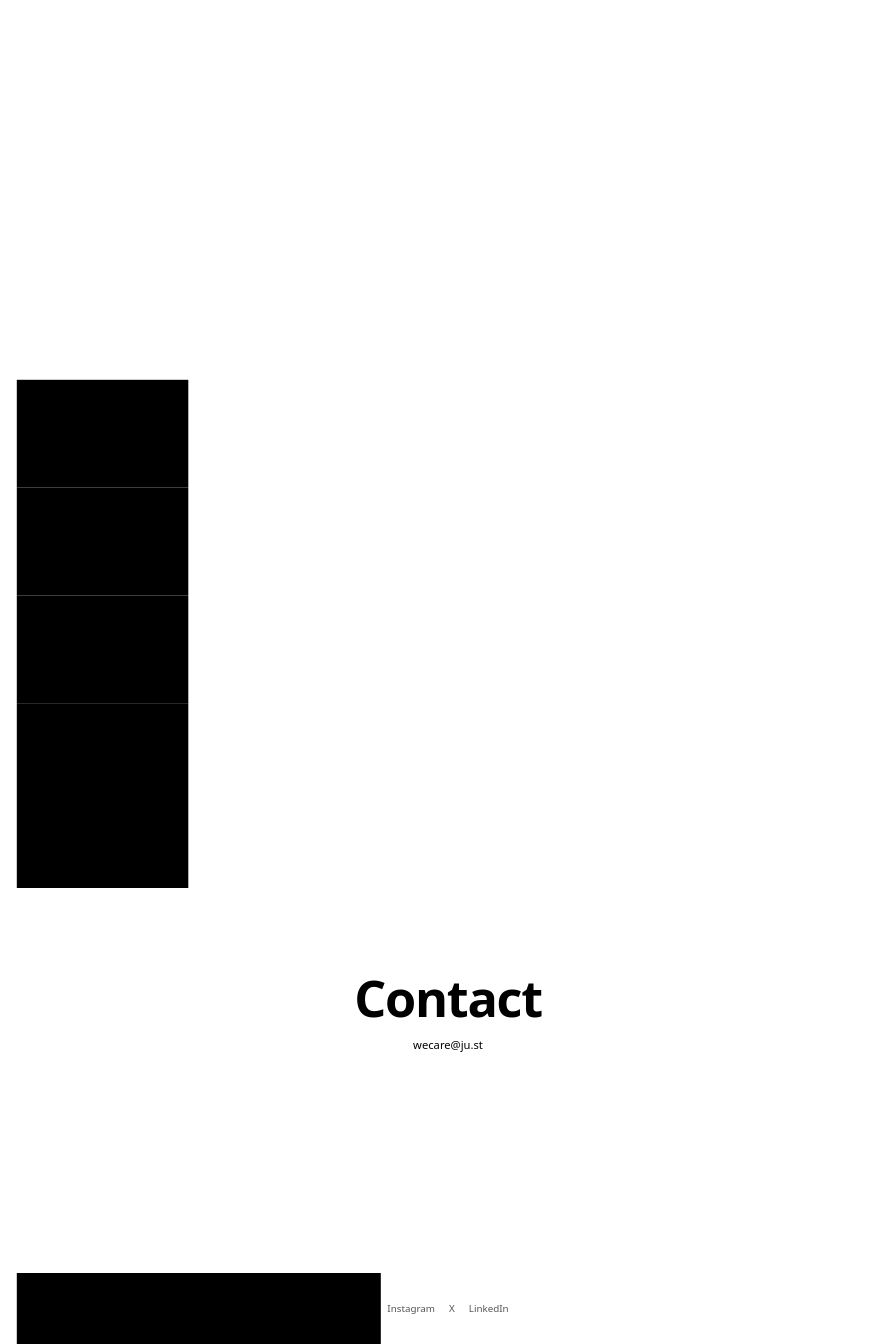
Repository: luiswoldu/personal
Page: /
An editor plug-in stored every save of this project. The page is shown before and after the next save, followed by the edit.
The browser window is 1280 px wide. The pictures show the part of the page from y = 921 to 2841 px (the page is 2841 px tall), at 70% of full size.
An inner scrolling area shows only its first screen. The project was rebuilt for these pictures with package versions that can differ from the ones it lists, and the page was loaded fresh each time. Also part of the build but not shown: vite.config.js.

Above is the page before, as saved 2025-01-08 21:37:15.

### index.html
<!doctype html>
<html lang="en">
  <head>
    <meta charset="UTF-8" />
    <link rel="icon" type="image/svg+xml" href="/vite.svg" />
    <meta name="viewport" content="width=device-width, initial-scale=1.0" />
    <link rel="preconnect" href="https://fonts.googleapis.com">
    <link rel="preconnect" href="https://fonts.gstatic.com" crossorigin>
    <link href="https://fonts.googleapis.com/css2?family=Montserrat:wght@400;700&display=swap" rel="stylesheet">
    <title>Vite + React</title>
  </head>
  <body>
    <div id="root"></div>
    <script type="module" src="/src/main.jsx"></script>
  </body>
</html>

### src/index.css
@tailwind base;
@tailwind components;
@tailwind utilities;

/* Reset all containers */
html, body, #root, #app {
  margin: 0;
  padding: 0;
  width: 100%;
  overflow-x: hidden;
}

.gallery-grid {
  width: fit-content;
  height: 750px;
  position: relative;
  margin: 0;
  padding: 24px;
  background-color: #ffffff;
}

.gallery-item {
  background-color: #000000;
  color: white;
  opacity: 0; /* Initially hidden */
  transform: translateY(20px); /* Initial position for animation */
  animation: fadeInUp 0.8s ease-out forwards; /* Apply animation */
}

/* Define keyframes for the fade-in-up animation */
@keyframes fadeInUp {
  0% {
    opacity: 0;
    transform: translateY(20px);
  }
  100% {
    opacity: 1;
    transform: translateY(0);
  }
}

/* Apply staggered animation delays for each tile */
.gallery-item:nth-child(1) {
  animation-delay: 0s;
}

.gallery-item:nth-child(2) {
  animation-delay: 0.1s;
}

.gallery-item:nth-child(3) {
  animation-delay: 0.2s;
}

.gallery-item:nth-child(4) {
  animation-delay: 0.3s;
}

.gallery-item:nth-child(5) {
  animation-delay: 0.4s;
}

.gallery-item:nth-child(6) {
  animation-delay: 0.5s;
}

.gallery-item:nth-child(7) {
  animation-delay: 0.6s;
}

.gallery-item:nth-child(8) {
  animation-delay: 0.7s;
}

/* Tile sizes */
.small-tile {
  width: 245px;
  height: 154px;
}

.large-tile {
  width: 520px;
  height: 325px;
}

/* Grid placement for specific items */
.small1 { left: 46px; top: 24px; }
.small2 { left: 321px; top: 24px; }
.small3 { left: 598px; top: 24px; }
.large1 { left: 874px; top: 24px; }

.large2 { left: 46px; top: 200px; }
.small6 { left: 598px; top: 200px; }

.small4 { left: 46px; top: 548px; }
.small5 { left: 321px; top: 548px; }
.large3 { left: 598px; top: 377px; }

.small7 {
    left: 1149px;
    top: 376px;
}
.small8 {
    left: 1149px;
    top: 548px;
}

### src/App.jsx
import { useState } from 'react'
import './App.css'
import TabBar from './components/TabBar'
import ScrollTransformHeader from './components/ScrollTransformHeader.jsx'
import Introduction from './components/Introduction'
import Work from './components/Work'
import Contact from './components/Contact'
import Footer from './components/Footer.jsx'

function App() {
  return (
    <>
      <TabBar />
      <div style={{ paddingTop: '60px', margin: 0, padding: 0, width: '100%' }}>
        <ScrollTransformHeader />
        <Introduction />
        <Work />
        <Contact />
        <Footer />
      </div>
    </>
  );
}

export default App;

### src/components/TabBar.jsx
import React, { useState, useEffect } from 'react';

const TabBar = () => {
  const [activeSection, setActiveSection] = useState('none');

  useEffect(() => {
    const handleScroll = () => {
      const scrollY = window.scrollY;

      if (scrollY < 250) {
        setActiveSection('none');
      } else if (scrollY >= 250 && scrollY < 800) {
        setActiveSection('about');
      } else if (scrollY >= 800 && scrollY < 1760) {
        setActiveSection('work');
      } else if (scrollY >= 1760) {
        setActiveSection('contact');
      }
    };

    window.addEventListener('scroll', handleScroll);
    return () => window.removeEventListener('scroll', handleScroll);
  }, []);

  const getButtonStyle = (buttonName) => ({
    backgroundColor: '#f1f1f1',
    margin: '0 8px',
    padding: '15px 20px',
    paddingTop: '64px',
    paddingBottom: '40px',
    cursor: 'pointer',
    transition: 'all 0.3s ease',
    fontSize: '10.27px',
    fontFamily: 'ui-sans-serif, system-ui, -apple-system, BlinkMacSystemFont, "Segoe UI", Roboto, "Helvetica Neue", Arial, sans-serif',
    fontWeight: '700',
    textTransform: 'uppercase',
    color: activeSection === buttonName.toLowerCase() ? '#000' : '#999',
    border: 'none',
  });

  return (
    <div
      className="tab-bar"
      style={{
        backgroundColor: '#f1f1f1',
        minHeight: '60px',
        position: 'fixed',
        top: 0,
        left: 0,
        right: 0,
        zIndex: 9999,
        display: 'flex',
        justifyContent: 'center',
        alignItems: 'center',
      }}
    >
      <div style={{ display: 'flex', alignItems: 'center', gap: '16px' }}>
        <button style={getButtonStyle('about')}>ABOUT</button>
        <button style={getButtonStyle('work')}>WORK</button>
        <button style={getButtonStyle('contact')}>CONTACT</button>
      </div>
    </div>
  );
};

export default TabBar;

### src/components/ScrollTransformHeader.jsx
import { useState, useEffect } from 'react';

const ScrollTransformHeader = () => {
  const [scrollProgress, setScrollProgress] = useState(0);

  const initialWidth = 805;
  const initialHeight = 330;

  useEffect(() => {
    const handleScroll = () => {
      const progress = Math.min(window.scrollY / 400, 1);
      setScrollProgress(progress);
    };

    window.addEventListener('scroll', handleScroll);
    return () => window.removeEventListener('scroll', handleScroll);
  }, []);

  const getAnimatedDimensions = (progress) => {
    if (progress <= 0.5) {
      const normalizedProgress = progress * 2;
      return {
        width: initialWidth + (window.innerWidth - initialWidth) * normalizedProgress,
        height: initialHeight + (124 - initialHeight) * normalizedProgress
      };
    } else {
      const normalizedProgress = (progress - 0.5) * 2;
      return {
        width: window.innerWidth,
        height: 124 * (1 - normalizedProgress)
      };
    }
  };

  const dimensions = getAnimatedDimensions(scrollProgress);
  const translateY = -218 * scrollProgress;

  return (
    <div className="w-full min-h-[200vh] bg-white relative">
      <div
        className="fixed left-1/2 top-[40%] bg-black transition-transform duration-75 ease-out"
        style={{
          width: `${dimensions.width}px`,
          height: `${dimensions.height}px`,
          transform: `translate(-50%, ${translateY}px)`,
        }}
      >
        <img
          src="https://pbs.twimg.com/ext_tw_video_thumb/1858517907182878720/pu/img/1jUUxnTvvX4G4nta.jpg"  // Replace with the actual image URL
          alt="Your description"
          className="absolute top-0 left-0 w-full h-full object-cover"
          style={{
            transform: 'none',  // Ensure the image is not affected by the container's transform
          }}
        />
      </div>
    </div>
  );
};

export default ScrollTransformHeader;

### src/components/Introduction.jsx
import React, { useState, useEffect } from 'react';

const Introduction = () => {
  const [isVisible, setIsVisible] = useState(false);

  useEffect(() => {
    const handleScroll = () => {
      if (window.scrollY >= 50) {
        setTimeout(() => {
          setIsVisible(true);
        }, 200);
      } else {
        setIsVisible(false);
      }
    };

    window.addEventListener('scroll', handleScroll);
    return () => window.removeEventListener('scroll', handleScroll);
  }, []);

  return (
    <div
      style={{
        display: 'flex',
        justifyContent: 'center',
        alignItems: 'center',
        height: '50vh',
        padding: '0 20px',
        backgroundColor: 'white',
        opacity: isVisible ? 1 : 0,
        transition: 'opacity 0.2s ease-in',
        position: 'relative',
        zIndex: 1,
        marginTop: '-80vh',
        marginBottom: '30vh'
      }}
    >
      <p
        style={{
          maxWidth: '600px',
          textAlign: 'left',
          lineHeight: '1.6',
          fontSize: '18px',
          fontFamily: 'ui-sans-serif, system-ui, -apple-system, BlinkMacSystemFont, "Segoe UI", Roboto, "Helvetica Neue", Arial, sans-serif',
          color: '#666666',
          paddingTop: '60px',
          fontWeight: '400'
        }}
      >
        Welcome, I'm James Owen, a British artist and designer based in San Francisco.
        <br /><br />
        As a former Creative Director at ManvsMachine, I've collaborated with brands such as Apple, Nike, Google, and Xbox. Together, we created remarkable projects that garnered worldwide recognition, including D&AD Pencils, Cannes Gold Lions, and many more.
        <br /><br />
        Currently, I'm creating groundbreaking experiences with the Apple Design Team while consuming copious amounts of tea.
      </p>
    </div>
  );
};

export default Introduction;

### src/components/Work.jsx
import React from 'react';

const Work = () => {
  return (
    <div className="work-container">
      <div className="gallery-grid">
        {/* Small Tiles */}
        {[...Array(8)].map((_, index) => (
          <div
            key={index + 1}
            className={`gallery-item small-tile small${index + 1}`}
          />
        ))}

        {/* Large Tiles */}
        {[...Array(3)].map((_, index) => (
          <div
            key={index + 9}
            className={`gallery-item large-tile large${index + 1}`}
          />
        ))}
      </div>
    </div>
  );
};

export default Work;

### src/components/Contact.jsx
import React, { useEffect, useState } from 'react';
import { useInView } from 'react-intersection-observer';
import './Contact.css';

const Contact = () => {
  const [isLoaded, setIsLoaded] = useState(false);
  const [titleRef, titleInView] = useInView({
    triggerOnce: true,
    threshold: 0.6,
  });

  const [emailRef, emailInView] = useInView({
    triggerOnce: true,
    threshold: 0.6,
  });

  useEffect(() => {
    setIsLoaded(true);
  }, []);

  return (
    <div
      style={{
        height: '550px',
        backgroundColor: 'white',
        position: 'relative',
        zIndex: 1,
        margin: 0,
        padding: '120px 0 40px 0',
        width: '100%',
      }}
    >
      <h1
        ref={titleRef}
        className={`text-6xl md:text-7xl font-bold text-center tracking-tight ${
          isLoaded ? (titleInView ? 'animate-text' : 'hidden-text') : ''
        }`}
      >
        Contact
      </h1>

      <a
        ref={emailRef}
        href="mailto:wecare@ju.st"
        className={`block text-center mt-5 ${
          isLoaded ? (emailInView ? 'animate-email' : 'hidden-email') : ''
        }`}
      >
        wecare@ju.st
      </a>
    </div>
  );
};

export default Contact;

### src/components/Footer.jsx
import React from 'react';

const Footer = () => {
  return (
    <div
      style={{
        textAlign: 'center',
        fontSize: '14px',
        padding: '40px 0', // Increased padding for top and bottom
        color: '#555',
      }}
    >
      <a
        href="https://instagram.com"
        target="_blank"
        rel="noopener noreferrer"
        style={{
          textDecoration: 'none',
          color: '#555',
          margin: '0 10px',
        }}
      >
        Instagram
      </a>
      <a
        href="https://twitter.com"
        target="_blank"
        rel="noopener noreferrer"
        style={{
          textDecoration: 'none',
          color: '#555',
          margin: '0 10px',
        }}
      >
        X
      </a>
      <a
        href="https://linkedin.com"
        target="_blank"
        rel="noopener noreferrer"
        style={{
          textDecoration: 'none',
          color: '#555',
          margin: '0 10px',
        }}
      >
        LinkedIn
      </a>
    </div>
  );
};

export default Footer;

### src/components/Contact.css
/* Initial hidden state for both title and email */
.hidden-text, .hidden-email {
  opacity: 0;
  transform: translateY(20px);
  transition: opacity 0.8s ease-in-out, transform 0.8s ease-in-out;
}

/* Animation class for text and email */
.animate-text, .animate-email {
  opacity: 1;
  transform: translateY(0);
  transition: opacity 0.8s ease-in-out, transform 0.8s ease-in-out;
}

/* Optionally add more smoothness for the email animation */
.animate-email {
  transition-delay: 0.2s; /* Slight delay for the email */
}

/* Optional additional styling to make the email look better */
a {
  text-decoration: none;
  color: inherit;
}

Loaded but not shown: src/main.jsx (common file); src/App.css (common file); tailwind.config.js (common file)

After the next save:
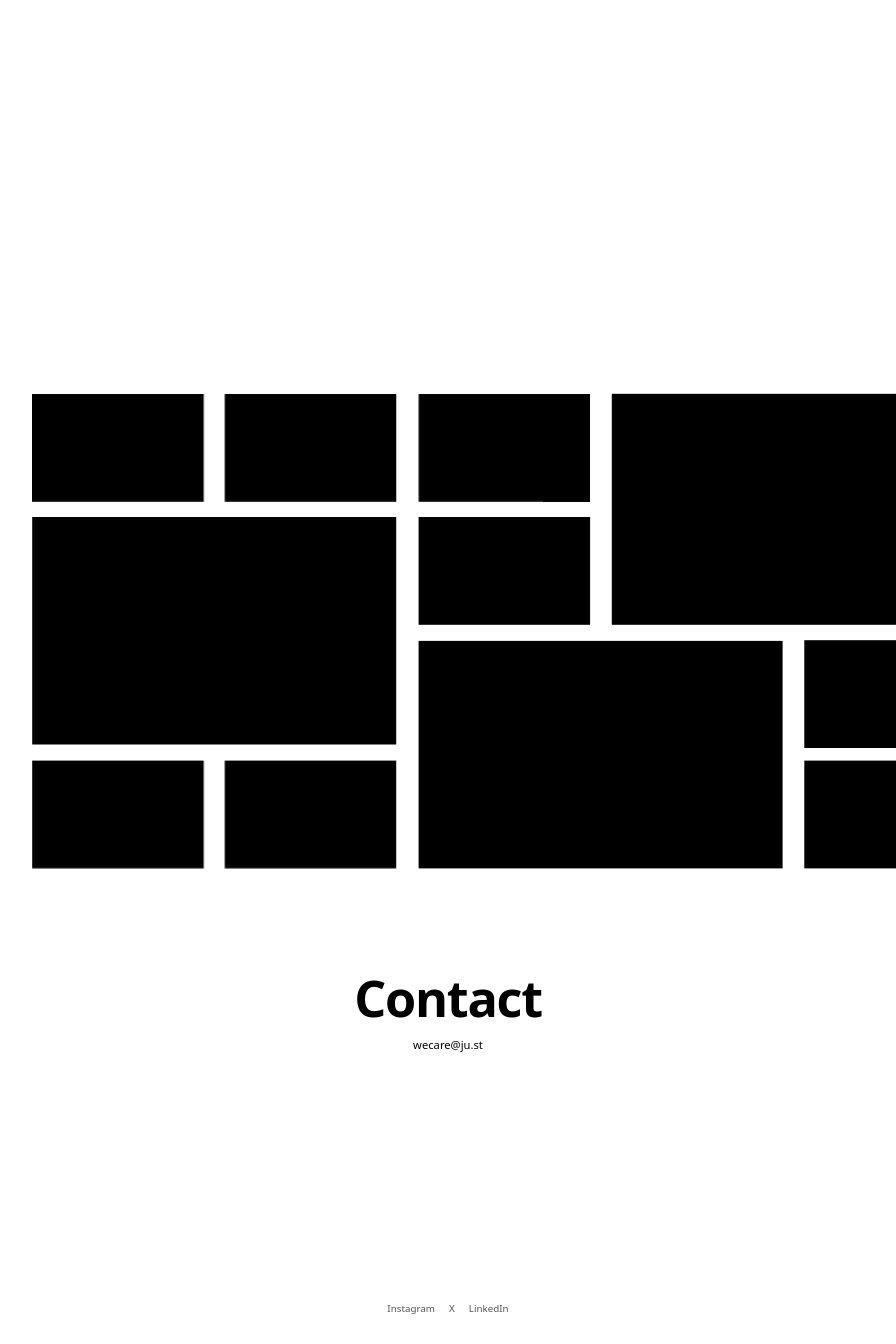
Saved 47 s later.
--- a/src/index.css
+++ b/src/index.css
@@ -4,10 +4,11 @@
 
 /* Reset all containers */
 html, body, #root, #app {
-  margin: 0;
-  padding: 0;
-  width: 100%;
-  overflow-x: hidden;
+  margin: 0 !important;
+  padding: 0 !important;
+  width: 100vw !important;
+  max-width: 100vw !important;
+  overflow-x: hidden !important;
 }
 
 .gallery-grid {
@@ -21,58 +22,21 @@
 
 .gallery-item {
   background-color: #000000;
+  overflow: hidden;
+  position: absolute;
   color: white;
-  opacity: 0; /* Initially hidden */
+  opacity: 1; /* Initially hidden */
   transform: translateY(20px); /* Initial position for animation */
-  animation: fadeInUp 0.8s ease-out forwards; /* Apply animation */
+  transition: opacity 0.8s ease-in-out, transform 0.8s ease-in-out; /* Animation on load */
 }
 
-/* Define keyframes for the fade-in-up animation */
-@keyframes fadeInUp {
-  0% {
-    opacity: 0;
-    transform: translateY(20px);
-  }
-  100% {
-    opacity: 1;
-    transform: translateY(0);
-  }
+/* Apply animation when the tile is in view */
+.gallery-item.visible {
+  opacity: 1;
+  transform: translateY(0); /* Final position */
 }
 
-/* Apply staggered animation delays for each tile */
-.gallery-item:nth-child(1) {
-  animation-delay: 0s;
-}
-
-.gallery-item:nth-child(2) {
-  animation-delay: 0.1s;
-}
-
-.gallery-item:nth-child(3) {
-  animation-delay: 0.2s;
-}
-
-.gallery-item:nth-child(4) {
-  animation-delay: 0.3s;
-}
-
-.gallery-item:nth-child(5) {
-  animation-delay: 0.4s;
-}
-
-.gallery-item:nth-child(6) {
-  animation-delay: 0.5s;
-}
-
-.gallery-item:nth-child(7) {
-  animation-delay: 0.6s;
-}
-
-.gallery-item:nth-child(8) {
-  animation-delay: 0.7s;
-}
-
-/* Tile sizes */
+/* Base tile sizes */
 .small-tile {
   width: 245px;
   height: 154px;
@@ -83,19 +47,22 @@
   height: 325px;
 }
 
-/* Grid placement for specific items */
+/* First row - Adjusted gaps to align with large2 */
 .small1 { left: 46px; top: 24px; }
 .small2 { left: 321px; top: 24px; }
-.small3 { left: 598px; top: 24px; }
+.small3 { left: 598px; top: 24px; }  /* Changed from 595px to 594px */
 .large1 { left: 874px; top: 24px; }
 
+/* Second row */
 .large2 { left: 46px; top: 200px; }
 .small6 { left: 598px; top: 200px; }
 
+/* Third row - Adjusted gaps to align with large2 */
 .small4 { left: 46px; top: 548px; }
 .small5 { left: 321px; top: 548px; }
-.large3 { left: 598px; top: 377px; }
+.large3 { left: 598px; top: 377px; }  /* Changed from 595px to 594px */
 
+/* Vertically stacked beside large3 */
 .small7 {
     left: 1149px;
     top: 376px;
@@ -104,3 +71,8 @@
     left: 1149px;
     top: 548px;
 }
+.large1 {
+  left: 874px;
+  top: 24px;
+  height: 330px; /* Increased from 325px to 330px */
+}
